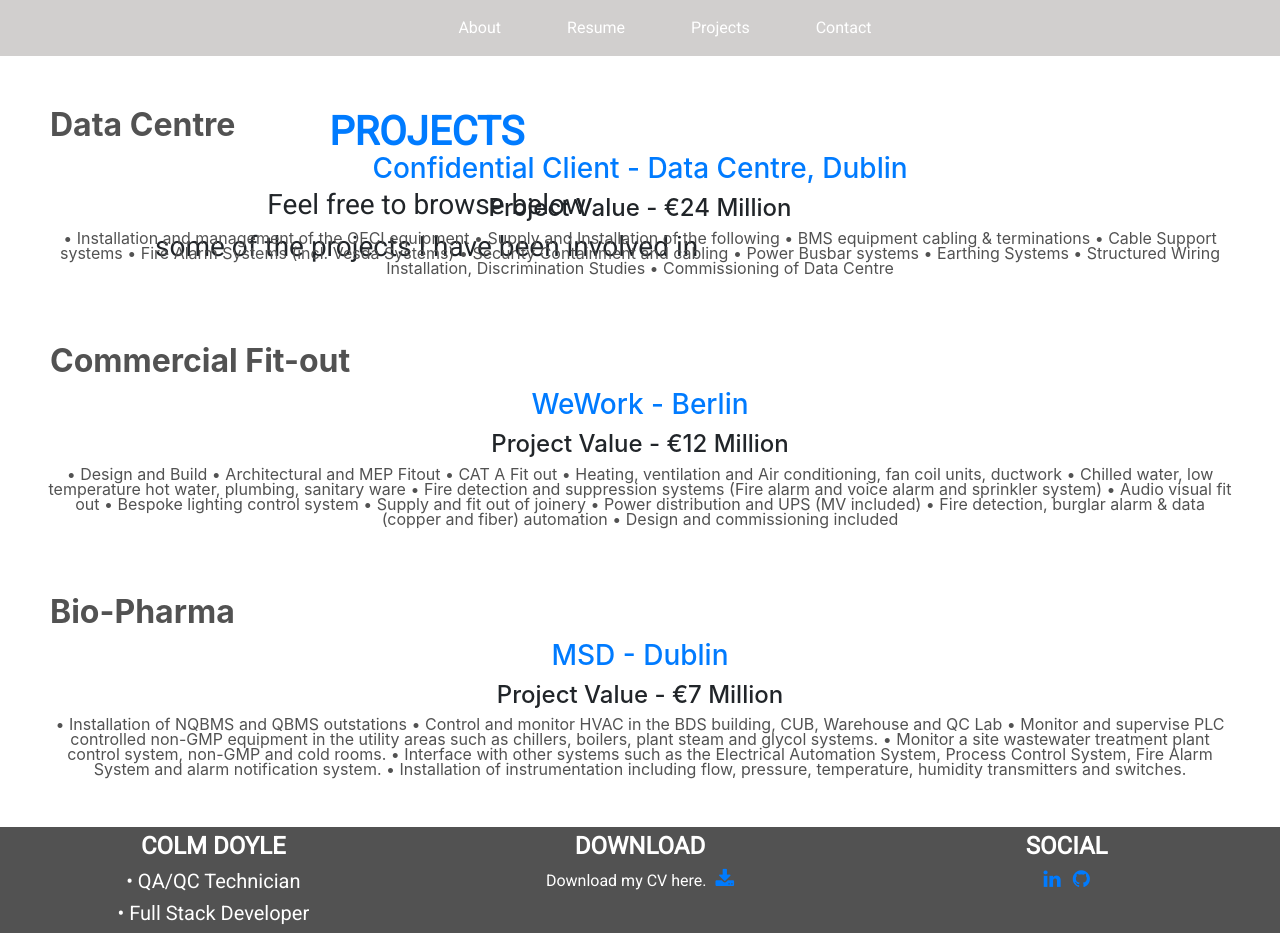
Repository: Code-Institute-Submissions/collyd21-milestone1
Page: projects.html
The author's editor kept a record of every edit. The page is drawn from the files as they stood at one moment, then again after the next edit.
The browser window is 1280 px wide. The pictures show the whole page.

Above is the page before.

### projects.html
<!DOCTYPE html>
<html lang="en">

<head>
    <meta charset="UTF-8">
    <meta name="viewport" content="width=device-width, initial-scale=1.0">
    <meta http-equiv="X-UA-Compatible" content="ie=edge">
    <script src="https://code.jquery.com/jquery-3.4.1.slim.min.js" integrity="sha384-J6qa4849blE2+poT4WnyKhv5vZF5SrPo0iEjwBvKU7imGFAV0wwj1yYfoRSJoZ+n" crossorigin="anonymous"></script>
    <script src="https://stackpath.bootstrapcdn.com/bootstrap/4.4.1/js/bootstrap.min.js" integrity="sha384-wfSDF2E50Y2D1uUdj0O3uMBJnjuUD4Ih7YwaYd1iqfktj0Uod8GCExl3Og8ifwB6" crossorigin="anonymous"></script>
<link rel="stylesheet" href="https://stackpath.bootstrapcdn.com/bootstrap/4.4.1/css/bootstrap.min.css" integrity="sha384-Vkoo8x4CGsO3+Hhxv8T/Q5PaXtkKtu6ug5TOeNV6gBiFeWPGFN9MuhOf23Q9Ifjh" crossorigin="anonymous">
    <link rel="stylesheet" href="https://stackpath.bootstrapcdn.com/font-awesome/4.7.0/css/font-awesome.min.css" type="text/css" />
    <link href="https://fonts.googleapis.com/css?family=Roboto&display=swap" rel="stylesheet">
    <link rel="stylesheet" href="assets/css/style.css">
    <title>Colm Doyle - Personal Profile</title>
</head>

<body>
    <!------------------------------------------Navbar-------------------------------------->
    <nav class="navbar navbar-expand-md">
            <button class="navbar-toggler custom " data-toggle="collapse" data-target="#collapse_target">
                <span class="navbar-toggler-icon"></span>
            </button>
            <div class="justify-content-center collapse navbar-collapse" id="collapse_target">
            <ul class="navbar-nav">
            <li class="nav-item">
                <a class="nav-link" href="index.html">About</a>
            </li>
            <li class="nav-item">
                <a class="nav-link" href="resume.html">Resume</a>
            </li>
            <li class="nav-item">
                <a class="nav-link" href="projects.html">Projects</a>
            </li>
            <li class="nav-item">
                <a class="nav-link" href="contact.html">Contact</a>
            </li>
    </ul>
    </div>
    </nav>
    <!------------------------------------------Header-------------------------------------->

    <header class="jumbotron-fluid" id="main-view">
        <div class="container-fluid no-gutters">
            <div class="row">
                <div class="col-lg-8 col-md-8 col-sm-12 col-xs-12" id="projects">
                    <h1 class="uppercase-jumbo">Projects</h1>
                    <br>
                    <h3>Feel free to browse below</h3>
                    <h3>some of the projects I have been involved in</h3>
                </div>
                </div>
                </div>
    </header>

    <!------------------------------------------Projects-------------------------------------->

    <section class="container-fluid">
        <div class="row">
            <h2 class="top-margin">Data Centre</h2>
            <div class="col-12 resume">
                <h3>Confidential Client - Data Centre, Dublin</h3>
                <h4>Project Value - €24 Million</h4>
                <p>• Installation and management of the OFCI equipment • Supply and Installation of the following • BMS equipment cabling & terminations • Cable Support systems • Fire Alarm Systems (incl. Vesda Systems) • Security Containment and cabling
                    • Power Busbar systems • Earthing Systems • Structured Wiring Installation, Discrimination Studies • Commissioning of Data Centre
                </p>
            </div>
            <h2 class="top-margin">Commercial Fit-out</h2>
            <div class="col-12 resume">
                <h3>WeWork - Berlin</h3>
                <h4>Project Value - €12 Million</h4>
                <p>• Design and Build • Architectural and MEP Fitout • CAT A Fit out • Heating, ventilation and Air conditioning, fan coil units, ductwork • Chilled water, low temperature hot water, plumbing, sanitary ware • Fire detection and suppression
                    systems (Fire alarm and voice alarm and sprinkler system) • Audio visual fit out • Bespoke lighting control system • Supply and fit out of joinery • Power distribution and UPS (MV included) • Fire detection, burglar alarm & data (copper
                    and fiber) automation • Design and commissioning included
                </p>
            </div>
            <h2 class="top-margin">Bio-Pharma</h2>
            <div class="col-12 resume">
                <h3>MSD - Dublin</h3>
                <h4>Project Value - €7 Million</h4>
                <p class="bottom-margin">• Installation of NQBMS and QBMS outstations • Control and monitor HVAC in the BDS building, CUB, Warehouse and QC Lab • Monitor and supervise PLC controlled non-GMP equipment in the utility areas such as chillers, boilers, plant steam
                    and glycol systems. • Monitor a site wastewater treatment plant control system, non-GMP and cold rooms. • Interface with other systems such as the Electrical Automation System, Process Control System, Fire Alarm System and alarm notification system. • Installation of instrumentation including flow, pressure, temperature, humidity transmitters and switches.</p>
            </div>
    </section>


    <!------------------------------------------Footer-------------------------------------->

    <footer class="container-fluid">
        <div class="row" id="footer">
            <div class="col-sm-4 ">
                <h4 class="uppercase footer">Colm Doyle</h4>
                <h5>• QA/QC Technician</h5>
                <h5>• Full Stack Developer</h5>
            </div>
            <div class="col-sm-4">
                <h4 class="uppercase">Download</h4>
                <p class="inline-block">
                    Download my CV here.
                    <a href="assets/pdfs/colm-cv.pdf" target="_blank" class="cv-pdf">
                        <i class="fa fa-download" aria-hidden="true"></i>
                        <span class="sr-only">Download link</span>
                    </a>
                </p>
            </div>
            <div class="col-sm-4">
                <h4 class="uppercase">Social</h4>
                <ul class="list-inline social-links">
                    <li class="list-inline-item">
                        <a target="_blank" href="https://linkedin.com/in/colm-doyle-88b0b6164">
                            <i class="fa fa-linkedin" aria-hidden="true"></i>
                            <span class="sr-only">LinkedIn</span>
                     </a>
                    </li>
                    <li class="list-inline-item">
                        <a target="_blank" href="https://github.com/collyd21">
                            <i class="fa fa-github " aria-hidden="true"></i>
                            <span class="sr-only">Github</span>
                        </a>

            </div>
    </footer>
</body>

</html>

### assets/css/style.css
/*-----------------------------------------------Navbar----------------------------------------*/

.navbar {
    font-family: "Roboto", sans-serif;
    background-color: #d1cfce;
    width: 100vw;
}

.nav-link {
    margin-left: 50px;
    color: #fff;
}

.navbar a:hover {
    color: #007bff;
}

.navbar-toggler {
    border-color: #007bff;
}

.navbar-toggler-icon {
    background-image: url("data:[embedded picture, 238 characters]");
}


/*-----------------------------------------------Header/Jumbotron----------------------------------------*/

#main-view-large {
    background-image: url('../images/main3.png'), linear-gradient(to right, #c2c2c2 0%, #858585 100%);
    background-position: bottom;
    background-size: cover;
    height: 90vh;
    width: 100vw;
    position: relative;
}

#main-view-small {
    background-image: linear-gradient(to right, #c2c2c2 0%, #858585 100%);
    background-position: bottom;
    background-size: cover;
    height: 80vh;
    width: 100vw;
    position: relative;
    padding-left: 0px;
    padding-right: 0px;
}

#about-large,
#about-small {
    font-family: 'Roboto', sans-serif;
    text-align: center;
    position: absolute;
    top: 25%;
    padding-right: 0px;
}

#resume-large {
font-family: 'Roboto', sans-serif;
    text-align: center;
    position: absolute;
    top: 10%;
}

#resume-small {
    font-family: 'Roboto', sans-serif;
    text-align: center;
    position: absolute;
    top: 10%;
    padding-right: 15px;
    right: 0px;
}

#projects {
    font-family: 'Roboto', sans-serif;
    text-align: center;
    position: absolute;
    top: 15%;
}

#contact-large {
    font-family: 'Roboto', sans-serif;
    text-align: center;
    position: absolute;
    top: 25%;

}

#contact-small {
    font-family: 'Roboto', sans-serif;
    text-align: center;
    position: absolute;
    top: 25%;
    padding-right: 15px;
    right: 0px;

}

.uppercase-jumbo {
    text-transform: uppercase;
    font-weight: bold;
    color: #007bff
}

/*-----------------------------------------------3 Questions----------------------------------------*/

.questions {
    font-family: 'Roboto', sans-serif;
    margin-top: 25px;
    margin-bottom: 25px;
    text-align: center;
}

.questions h2 {
    color: #525252;
}

.question-margin {
    font-family: 'Roboto', sans-serif;
    padding-left: 30px;
    padding-right: 30px;
    text-align: center;
}

.uppercase {
    text-transform: uppercase;
    font-weight: bold;
}

.questions i {
    font-size: 30px;
    color: #007bff;
    text-align: center;
    margin-right: 15px;
}


/*-----------------------------------------------Footer----------------------------------------*/

.inline-block {
    display: inline-block;
}

#footer {
    padding-top: 5px;
    padding-left: 0px;
    padding-right: 0px;
    font-family: 'Roboto', sans-serif;
    background-color: #525252;
    color: #fff;
    text-align: center;
    position: relative;
}

.cv-pdf i {
    padding-left: 5px;
    font-size: 20px;
}

.social-links li a i {
    font-size: 20px;
}

/*--------------------------------------------Work History / Education / Projects-----------------------------------*/

.top-margin {
    margin-top: 50px;
    margin-left: 50px;
    color: #525252;
    font-weight: bold;
}

.sts-logo {
    height: 300px;
    width: 300px;
    margin-left: 100px;
    margin-top: 50px;
    border-radius: 50%;
    background-color: #f2f2f2;
}

.img-center {
    margin: auto;
    display: block;
}

.resume {
    text-align: center;
}

.resume h3 {
    color: #007bff;
}

.resume p {
    color: #525252;
    margin-left: 30px;
    margin-right: 30px;
    line-height: 15px;
}

.bottom-margin {
    margin-bottom: 50px;
}

.accreditation {
    background-color: #fafafa;
}

/*--------------------------------------------Contact Form-----------------------------------*/

.contact-heading {
    font-family: "Roboto", sans-serif;
    font-weight: 300;
    margin-top: 25px;
    margin-bottom: 20px;
    color: #525252;
}

.contact-form {
    padding-left: 0;
    padding-right: 0;
}

.center-form {
    padding-top: 10px;
    margin: 0 auto;
    max-width: 70%;
}

button[type="submit"] {
    margin-top: 15px;
    margin-bottom: 20px;
    color: #fafafa;
    background-color: #007bff;
}

button[type="submit"]:hover {
    background-color: #3251c9;
}

After the next edit:
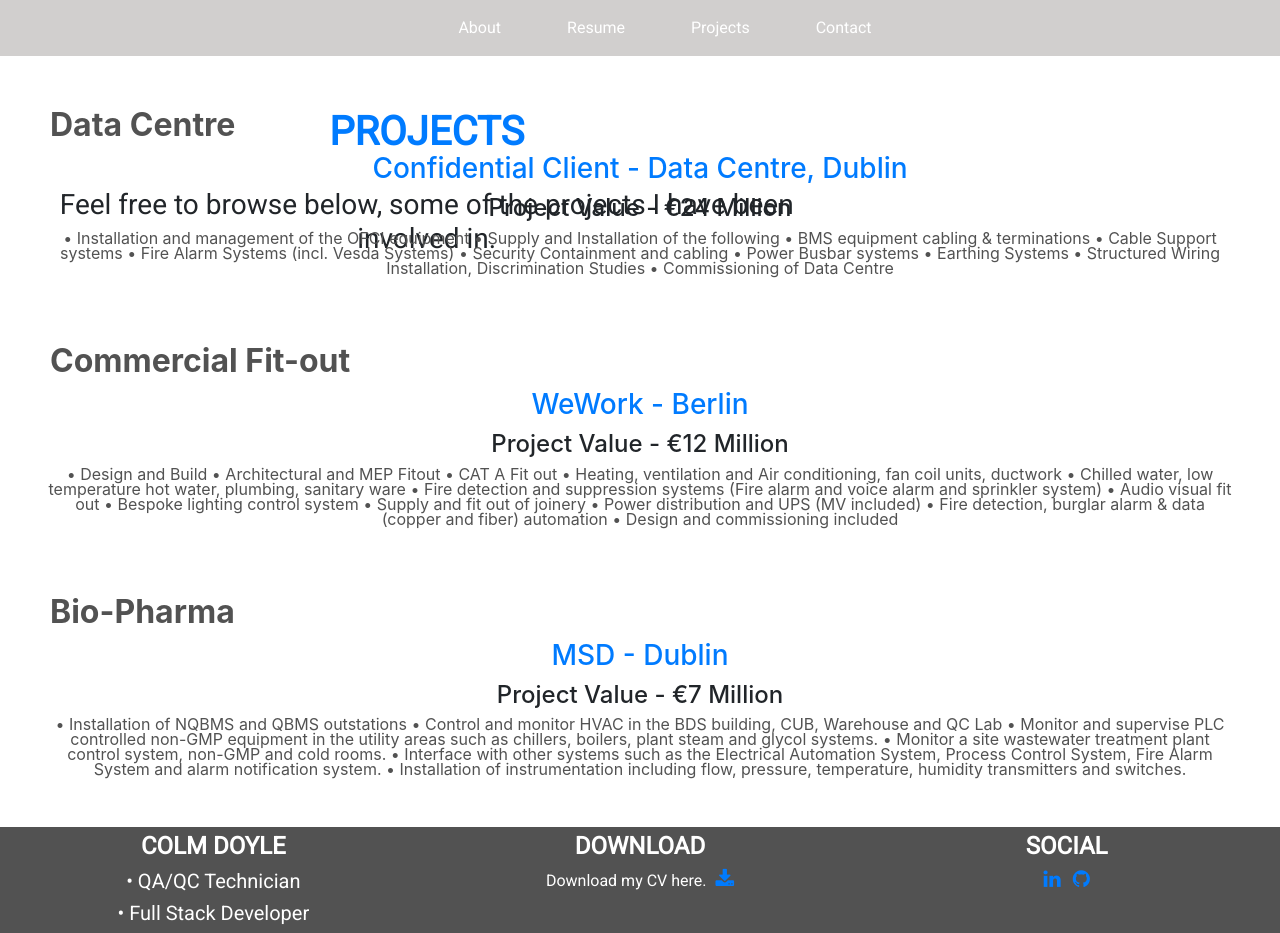
The edit:
--- a/projects.html
+++ b/projects.html
@@ -45,8 +45,7 @@
                 <div class="col-lg-8 col-md-8 col-sm-12 col-xs-12" id="projects">
                     <h1 class="uppercase-jumbo">Projects</h1>
                     <br>
-                    <h3>Feel free to browse below</h3>
-                    <h3>some of the projects I have been involved in</h3>
+                    <h3>Feel free to browse below, some of the projects I have been involved in.</h3>
                 </div>
                 </div>
                 </div>
